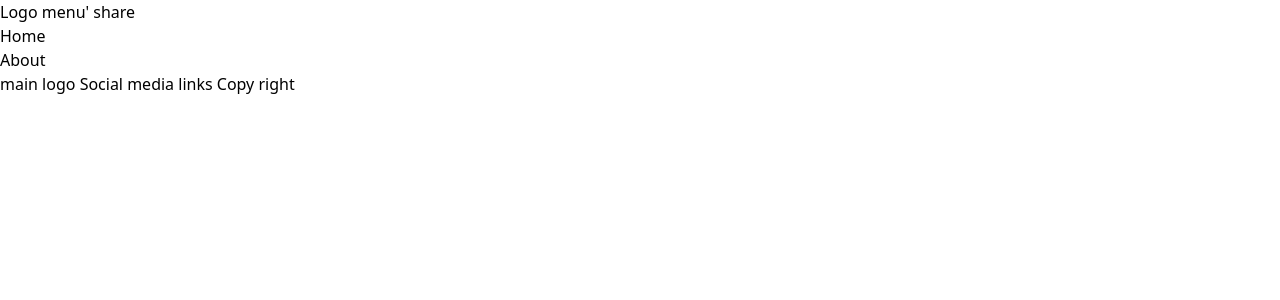
Repository: linco6054/template-tailwindcss
Page: index.html
These files come from the project's save history. The page is drawn as it stood at one moment and after a run of saves; the edit follows.
The browser window is 1280 px wide. The pictures show the whole page.

Above is the page before, as saved 2021-08-17 13:59:46.

### index.html
<!DOCTYPE html>
<html lang="en">
  <head>
    <meta charset="UTF-8" />
    <meta http-equiv="X-UA-Compatible" content="IE=edge" />
    <meta name="viewport" content="width=device-width, initial-scale=1.0" />
    <link
      href="https://unpkg.com/tailwindcss@^2/dist/tailwind.min.css"
      rel="stylesheet"
    />

    <title>Document</title>
  </head>
  <body class="max-w-full h-auto overflow-hidden">
    <!-- nav -->
    <nav>
      <span>Logo</span>
      <span>menu</span>'
      <span>share</span>
    </nav>
    <!-- pages -->
    <section>
      <div>Home</div>
      <div>About</div>
    </section>

    <footer>
      <span>main logo</span>
      <span>Social media links</span>
      <span>Copy right</span>
    </footer>
  </body>
</html>

After the next 2 saves:
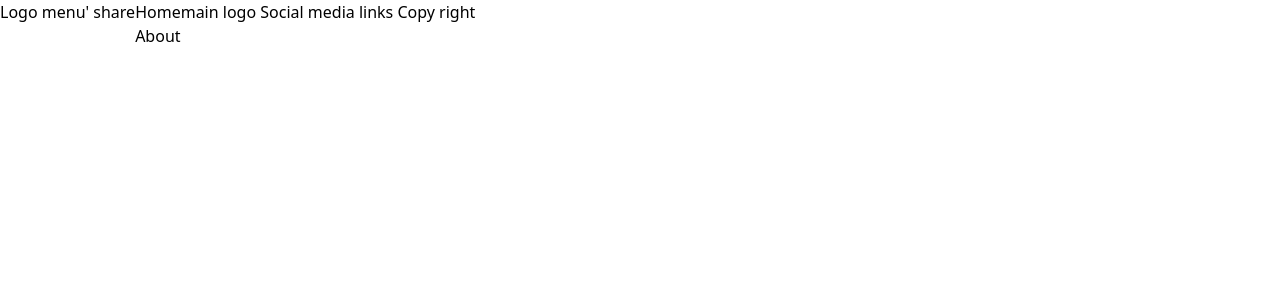
The 2 saves are shown as one change because they came seconds apart.
The last was saved 16 s later.
--- a/index.html
+++ b/index.html
@@ -11,7 +11,7 @@
 
     <title>Document</title>
   </head>
-  <body class="max-w-full h-auto overflow-hidden">
+  <body class="max-w-full h-auto overflow-hidden flex">
     <!-- nav -->
     <nav>
       <span>Logo</span>
